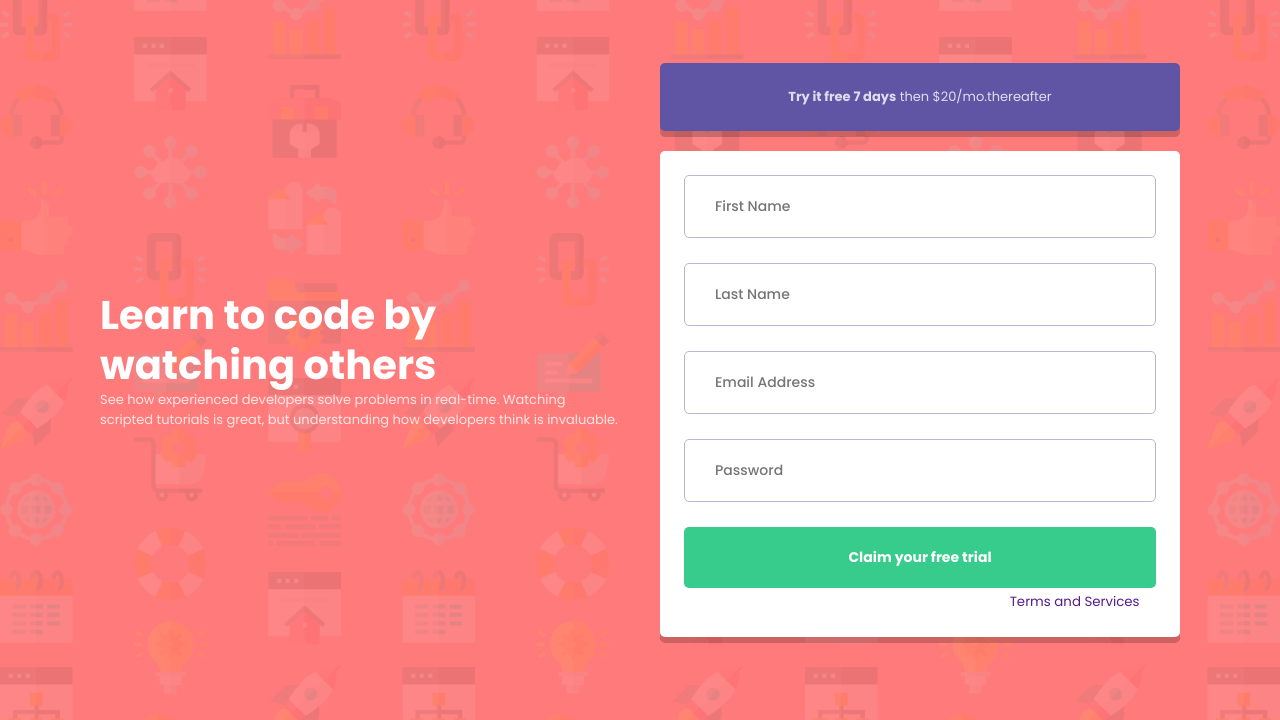
Repository: Akashiii1/WebSignup_Form_Day2
Page: index.html
The author's editor kept a copy of each file at every save. The page is drawn from the files as they stood at one save, then again after the next save.
The browser window is 1280 px wide. The pictures show the whole page.

Above is the page before, as saved 2021-12-19 17:08:29.

After the next save:
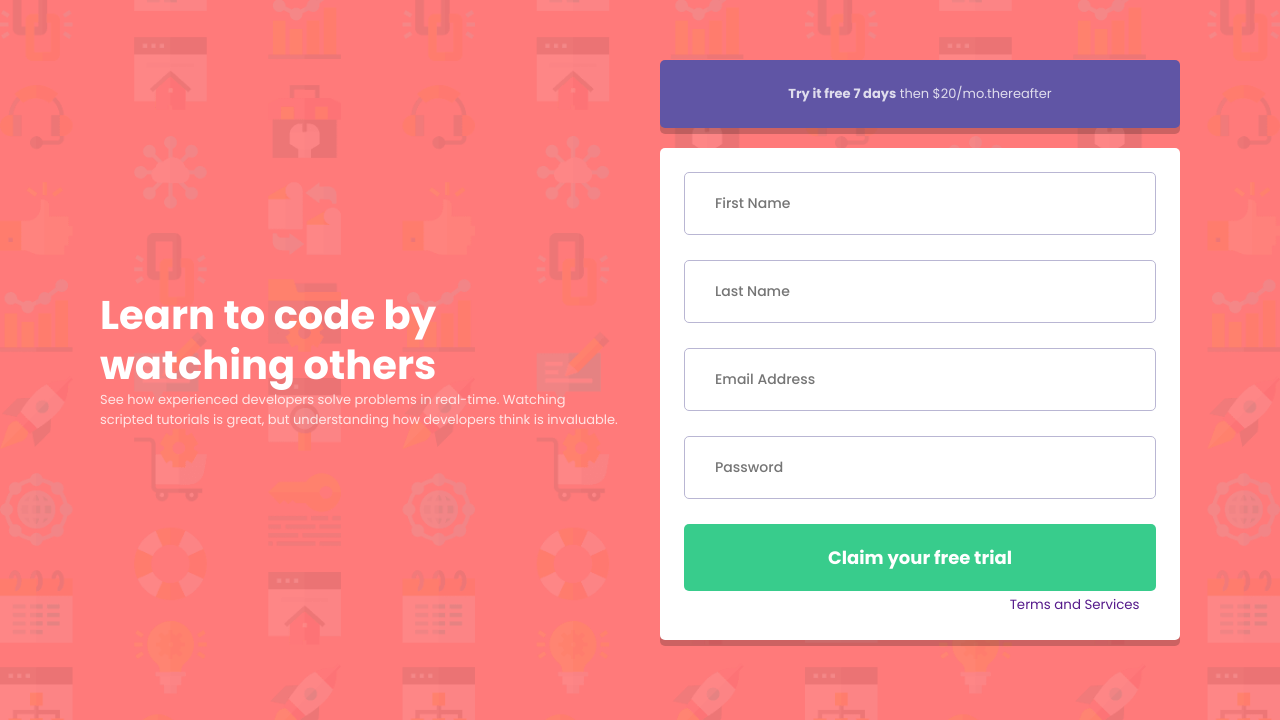
Saved 8 s later.
--- a/style.css
+++ b/style.css
@@ -99,7 +99,7 @@ button{
   padding: 20px 30px;
   border-radius: 5px;
 
-  font-size: 14px;
+  font-size: 18px;
   outline: none;
   border: 0;
   /* border: 1px solid hsl(246, 25%, 77%) ; */
@@ -109,4 +109,5 @@ button{
   font-weight: 700;
   letter-spacing: 1.5;
 
+
 }
